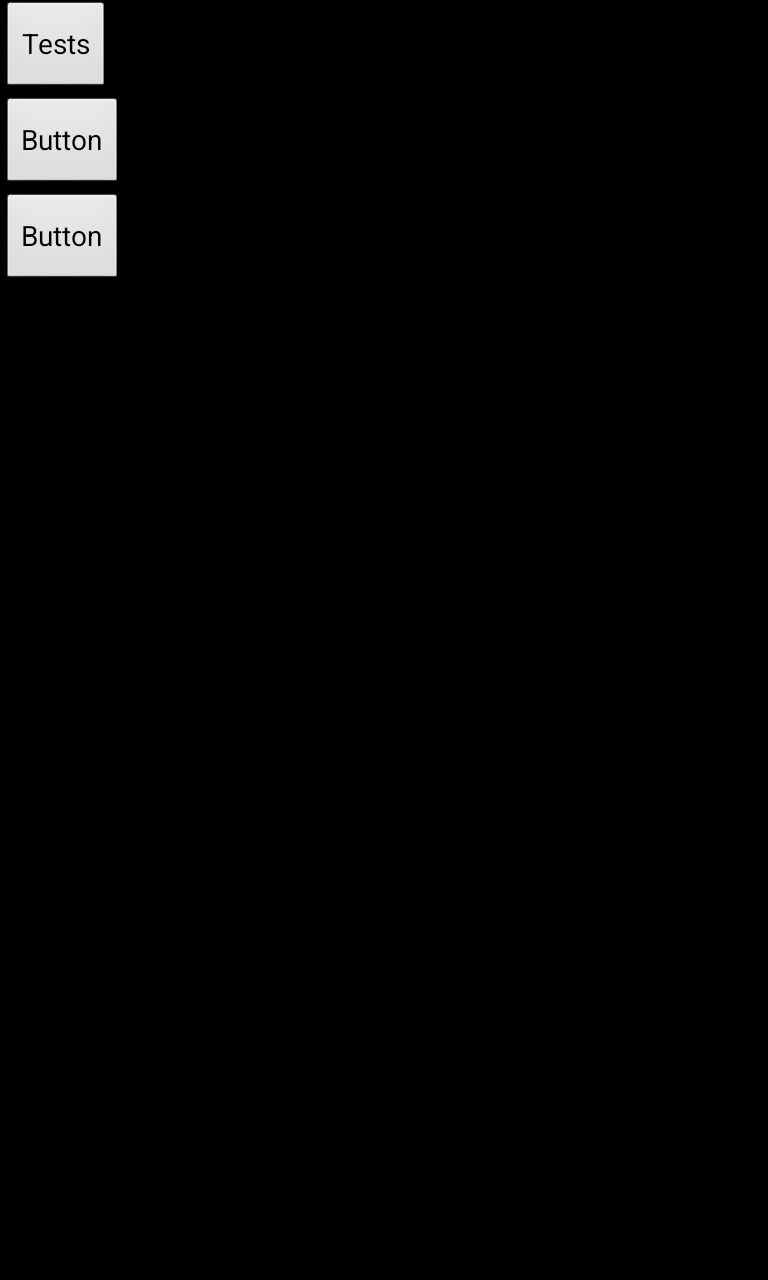
Repository: nuces-acm/DevFest-12-Team-9
Layout: data/Eclipse Workspace of android/Devfest/DCSClientApp/res/layout/main.xml
An editor plug-in stored every save of this project. The layout is shown before and after the next save, followed by the edit.
It is drawn on a 768 x 1280 px phone screen (xhdpi) without system bars, with theme android:Theme; the app's code is not run.

Above is the layout before, as saved 2012-03-31 15:33:57.

After the next save:
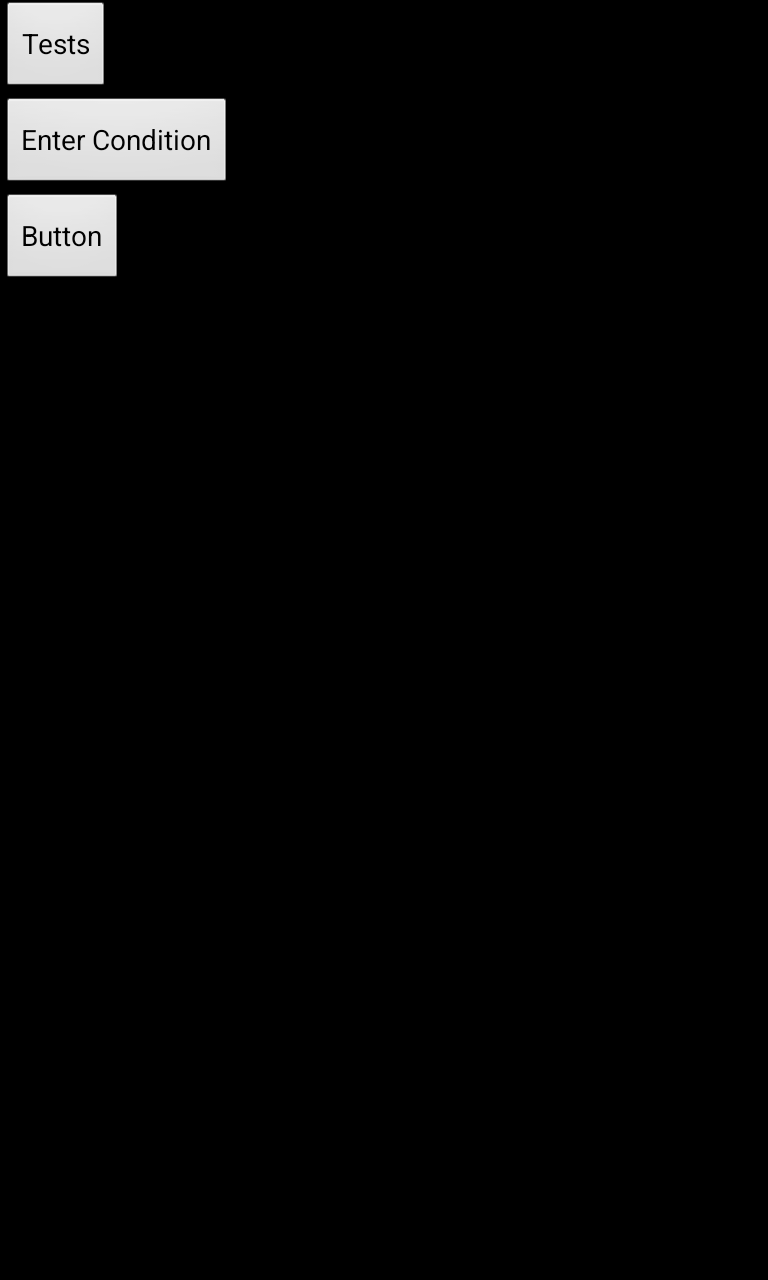
Saved 6 s later.
--- a/data/Eclipse Workspace of android/Devfest/DCSClientApp/res/layout/main.xml
+++ b/data/Eclipse Workspace of android/Devfest/DCSClientApp/res/layout/main.xml
@@ -14,7 +14,7 @@
         android:id="@+id/enterConditionButton"
         android:layout_width="wrap_content"
         android:layout_height="wrap_content"
-        android:text="Button" />
+        android:text="Enter Condition" />
 
     <Button
         android:id="@+id/button3"
